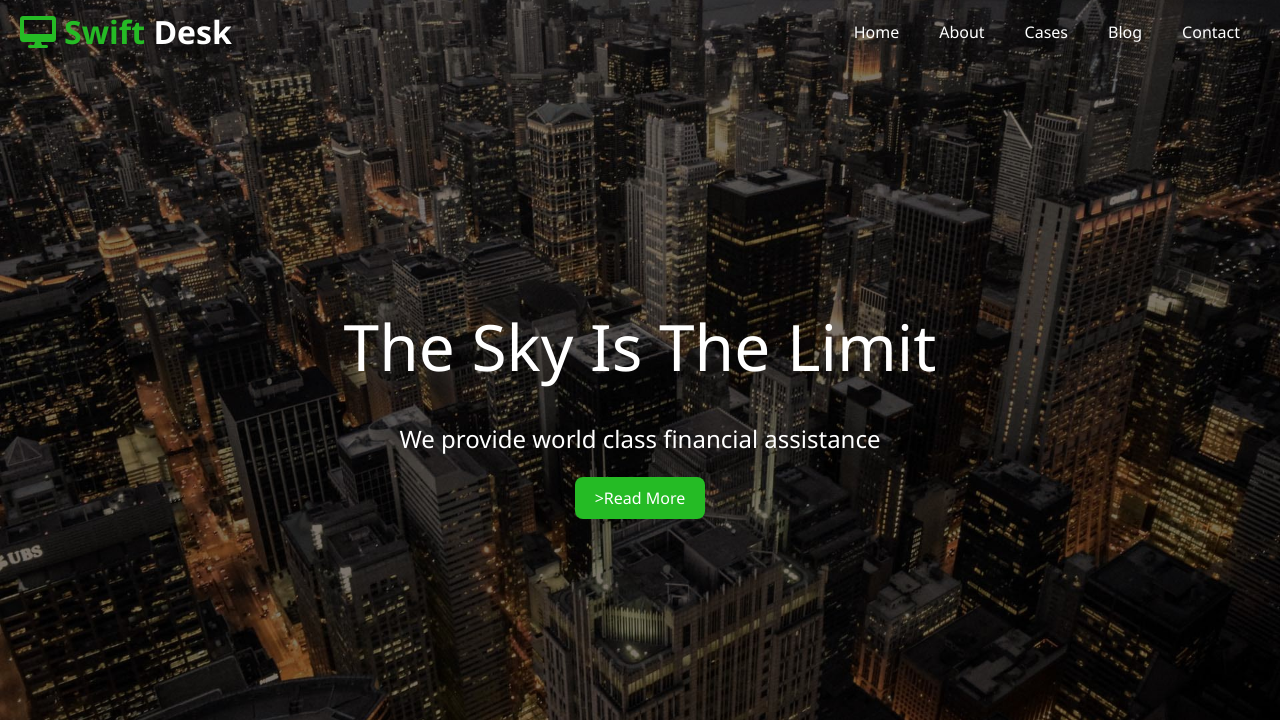
Repository: reemoon-ctrl/swiftdisk-Website-Flexbox
Page: index.html
An editor plug-in stored every save of this project. The page is shown before and after the next save, followed by the edit.
The browser window is 1280 px wide. The pictures show the whole page.

Above is the page before, as saved 2024-07-26 14:54:47.

### index.html
<!DOCTYPE html>
<html lang="en">
<head>
    <meta charset="UTF-8">
    <meta name="viewport" content="width=device-width, initial-scale=1.0">
    <title>
        Swift Desk
    </title>
    <link rel="stylesheet" href="https://cdnjs.cloudflare.com/ajax/libs/font-awesome/6.0.0-beta3/css/all.min.css">
    <link rel="stylesheet" href="index.css">
    <style>*{
        box-sizing: border-box;
        margin: 0;
        padding: 0;
    }
    body{
       font-family:'Segoe UI', Tahoma, Geneva, Verdana, sans-serif;
    }
    .nav-bar{
        display: flex;
        justify-content:space-between ;
        padding: 10px 20px;
        color:#fff;




    }
    .title-bar{
        align-items: center;
        flex-grow: 1;
        display: flex;
        gap:.5rem;


    }
    .title-bar h1{
        display:inline-block;
    }

    .link-bar{

        /* flex-grow:1 ; */
        align-self: center;
        display: flex;
    }
    .link-bar a{
        padding: 10px 20px;
        color:#fff;
        text-decoration: none;

    }
    .fword{
        color:rgb(37, 187, 37);
    }
    .show-case{
       height:100hv;
       text-align: center;
       color:#fff;

       background:  url('img/home/showcase.jpg') no-repeat center center/cover ;
    }
    .hd-content{
        padding-top: 15rem;
    }
    .hd-content h1{
        font-size: 4rem;
        font-weight: 400;
    }
    .hd-content p{
        font-size: 1.5rem;
        padding-top: 2rem;
        padding-bottom: 2rem;
    }
    .hd-content a{
        color: #fff;
        background:rgb(37, 187, 37) ;
        padding: 10px 20px;
        border-radius: 8px;
        text-decoration: none;
    }</style>
</head>
<body>
    <div class="show-case">
        <header>
            <div class="nav-bar">
                <div class="title-bar">
                    <i class="fas fa-desktop fa-2x" style="color: rgb(37, 187, 37)"></i>
                    <h1 class="title"><span class="fword"> Swift</span> Desk</h1>
                </div>
                <div class="link-bar">
                    <a href="">Home</a>
                    <a href="">About</a>
                    <a href="">Cases</a>
                    <a href="">Blog</a>
                    <a href="">Contact</a>
                </div>
            </div>
        </header>
        <header class="hd-content">
            <h1>The Sky Is The Limit</h1>
            <p>We provide world class financial assistance
            </p>
            <a href="">>Read More</a>

        </header>
    </div>
    <main>


    </main>


</body>
</html>

### index.css
*{
    box-sizing: border-box;
    margin: 0;
    padding: 0;
}
body{

}
.nav-bar{
    display: flex;
    justify-content:space-between ;
    padding: 10px 20px;
    color:#fff;




}
.title-bar{
    align-items: center;
    flex-grow: 1;
    display: flex;
    gap:.5rem;


}
.title-bar h1{
    display:inline-block;
}

.link-bar{

    /* flex-grow:1 ; */
    align-self: center;
    display: flex;
}
.link-bar a{
    padding: 10px 20px;
    color:#fff;
    text-decoration: none;

}
.fword{
    color:rgb(37, 187, 37);
}
.show-case{
   height:100vh;
   text-align: center;
   color:#fff;

   background:  url('img/home/showcase.jpg') no-repeat center center/cover ;
}
.hd-content{
    padding-top: 18rem;
}
.hd-content h1{
    font-size: 3rem;
}
.hd-content p{
    font-size: 1.5rem;
    padding-top: .8rem;
    padding-bottom: .8rem;
}
.hd-content a{
    color: #fff;
    background:rgb(37, 187, 37) ;
    padding: 10px 20px;
    border-radius: 8px;
    text-decoration: none;
}

After the next save:
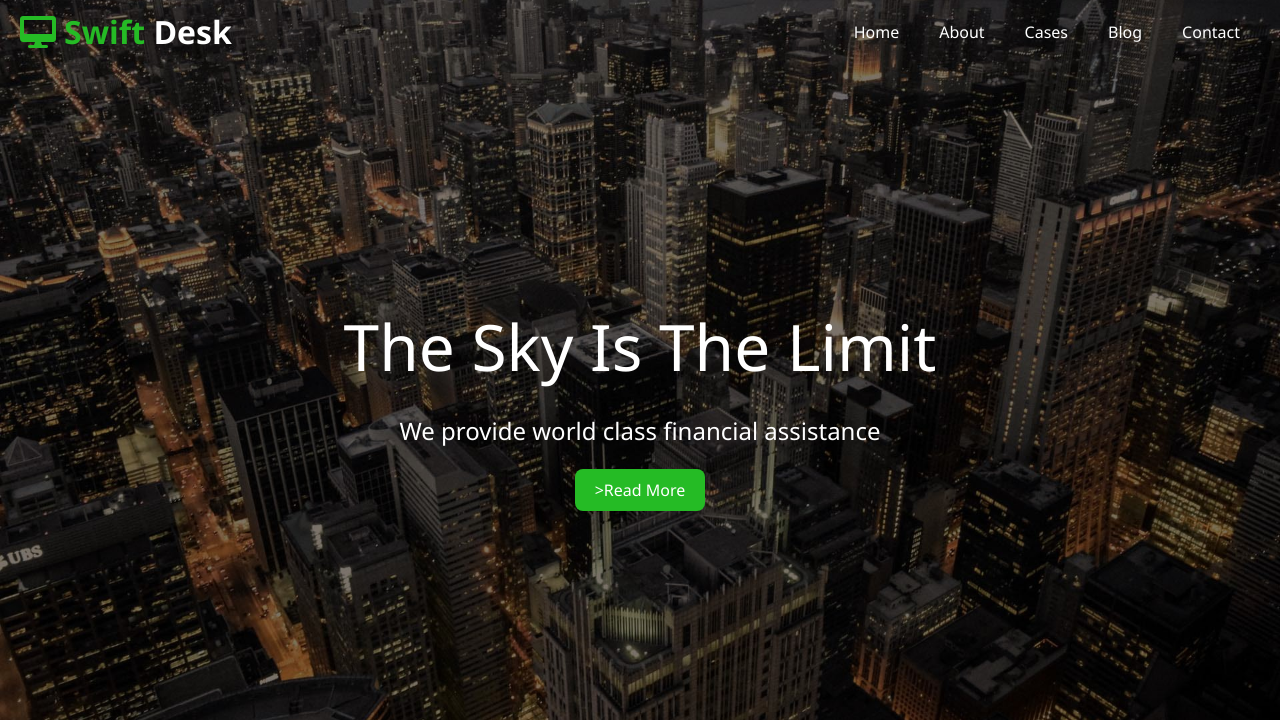
Saved 45 s later.
--- a/index.html
+++ b/index.html
@@ -69,7 +69,7 @@
     }
     .hd-content p{
         font-size: 1.5rem;
-        padding-top: 2rem;
+        padding-top: 1.5rem;
         padding-bottom: 2rem;
     }
     .hd-content a{
